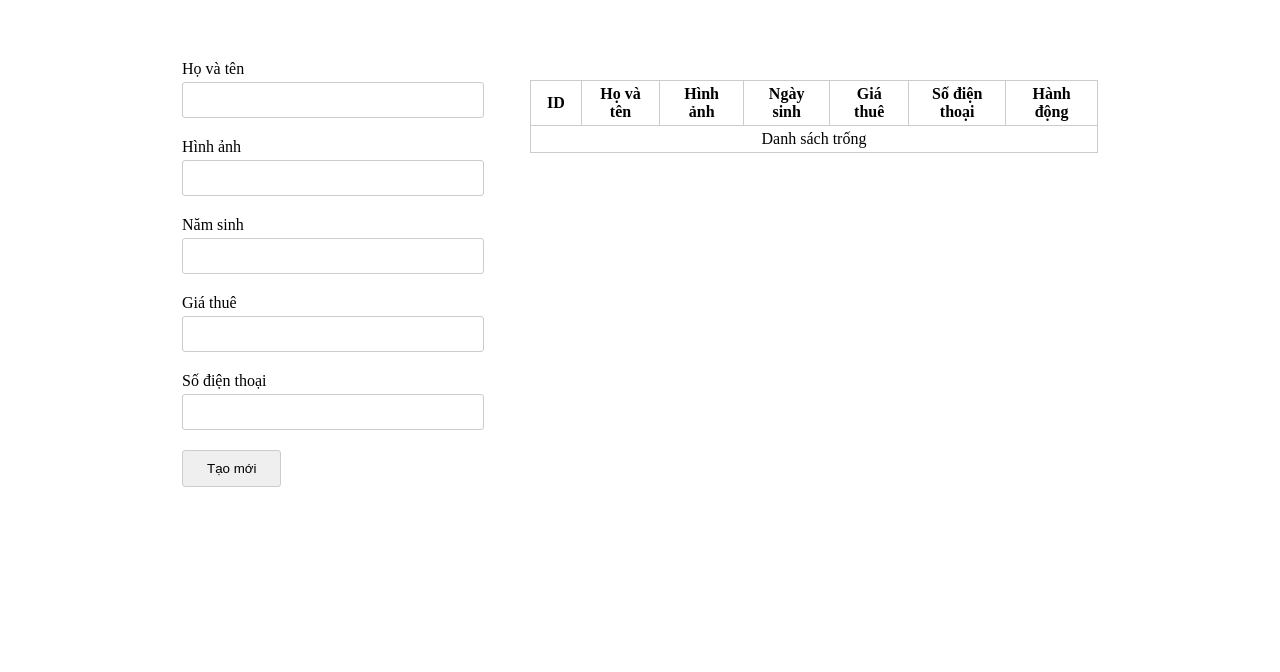
Repository: AnhTuan191298/sent-file-hoang
Page: js_kol-check/index.html
The author's editor kept a copy of each file at every save. The page is drawn from the files as they stood at one save, then again after the next save.
The browser window is 1280 px wide. The pictures show the whole page.

Above is the page before, as saved 2021-02-04 23:44:05.
Console error: TypeError: Cannot set properties of null (setting 'onclick')

### js_kol-check/index.html
<!DOCTYPE html>
<html lang="en">
<head>
    <meta charset="UTF-8">
    <meta name="viewport" content="width=device-width, initial-scale=1.0">
    <link rel="stylesheet" href="https://stackpath.bootstrapcdn.com/font-awesome/4.7.0/css/font-awesome.min.css"/>
    <title>Kols Done</title>
    <style>
        .app {
            width: 980px;
            margin: 0 auto;
            display: flex;
        }
        .pd10 {
            padding: 10px;
        }
        .mb10 {
            margin-bottom: 10px;
        }
        #form {
            flex: 2;
            padding: 32px;
        }
        #list {
            flex: 4;
            padding: 32px;
            margin-top: 40px;
        }
        table {
            border-collapse: collapse;
        }
        table th, table td {
            border: 1px solid #ccc;
            padding: 4px 16px;
        }
        .form-group {
            margin-top: 20px;
        }
        .form-group label {
            display: block;
            margin-bottom: 4px;
        }
        .form-group input {
            display: block;
            width: 100%;
            height: 34px;
            border-radius: 3px;
            border: 1px solid #ccc;
            outline: none;
            padding: 0 8px;
        }
        .avatar {
            width: 60px;
            height: 60px;
            border-radius: 50%;
        }
        .submit-btn {
            padding: 10px 24px;
            border-radius: 3px;
            border: 1px solid #ccc;
        }
        .alert-update,
        .alert-delete {
            width: 240px;
            background-color: #fff;
            min-height: 130px;
            display: none;
            flex-direction: column;
            align-items: center;
            justify-content: center;
            padding: 20px;
            border-radius: 5px;
            box-shadow: 1px 2px 24px #aaaaaa;
            position: fixed;
            top: 50px;
            right: 5px;
            animation: rightToLeft ease 0.5s, fadeOut linear 1s 3s forwards;
        }
        .alert-update.active,
        .alert-delete.active {
            display: flex;
        }
        .alert-update__circle,
        .alert-delete__circle {
            height: 50px;
            width: 50px;
            border: 6px solid #33cc70;
            border-radius: 50%;
            display: flex;
            justify-content: center;
            align-items: center;
            margin-bottom: 10px;
        }
        .alert-update__circle i,
        .alert-delete__circle i {
            font-size: 20px;
            color: #33cc70;
        }
        .alert-update__content h3,
        .alert-delete__content h3 {
            font-size: 18px;
            color: #33cc70;
            text-align: center;
        }
        .text-center {
            text-align: center;
        }
        .overlay,
        .overlay_del{
            position: fixed;
            top: 0;
            left: 0;
            width: 100%;
            height: 100vh;
            background-color: rgba(0, 0, 0, 0.4);
            display: none;
            justify-content: center;
            align-items: center;
            animation: fadeIn ease 0.2s;
        }
        .overlay.active, .overlay_del.active {
            display: flex;
        }
        .modal_edit,
        .modal_del {
            background-color: #fff;
            width: 40%;
            min-height: 50%;
            border-radius: 5px;
            padding: 40px;
            position: relative;
            animation: growth ease 0.2s;
        }
        .modal_edit.active {
            display: block;
        }
        .modal_edit form button {
            color: #000;
            border: 1px solid rgba(0, 0, 0, 0.4);
        }
        .modal_close {
            position: absolute;
            top: 8px;
            right: 13px;
            font-size: 28px;
            cursor: pointer;
        }
        .modal_del {
            width: 20%;
            min-height: 25%;
            display: flex;
            flex-direction: column;
            align-items: center;
        }
        .modal_del .modal_del__btn {
            text-decoration: none;
            padding: 10px 20px;
            font-size: 20px;
            color: #fff;
            background-color: #d4133a;
            margin-top: 30px;
            border-radius: 5px;
        }
        /* Animation */
        @keyframes fadeIn {
            0% {
                opacity: 0;
            }
            100% {
                opacity: 1;
            }
        }
        @keyframes growth {
            0% {
                transform: scale(0.5);
            }
            100% {
                transform: scale(1);
            }
        }
        @keyframes rightToLeft {
            0% {
                opacity: 0;
                transform: translateX(105%);
            }
            100% {
                opacity: 1;
                transform: translateX(0%);
            }
        }
        @keyframes fadeOut {
            to {
                opacity: 0;
            }
        }
    </style>
</head>
<body>
    <div class="app">
        <form action="" id="form">
            <div class="form-group">
                <label for="fullname">Họ và tên</label>
                <input id="fullname" type="text" name="fullname" class="form-control">
            </div>
            <div class="form-group">
                <label for="image">Hình ảnh</label>
                <input id="image" type="text" name="image" class="form-control">
            </div>
            <div class="form-group">
                <label for="birth">Năm sinh</label>
                <input id="birth" type="text" name="birth" class="form-control">
            </div>
            <div class="form-group">
                <label for="price">Giá thuê</label>
                <input id="price" type="text" name="price" class="form-control">
            </div>
            <div class="form-group">
                <label for="phone">Số điện thoại</label>
                <input id="phone" type="text" name="phone" class="form-control">
            </div>
            <div class="form-group">
                <button class="submit-btn">Tạo mới</button>
            </div>
        </form>
        <!-- List -->
        <div id="list">
            <table id="#">
                <thead>
                    <tr>
                        <th>ID</th>
                        <th>Họ và tên</th>
                        <th>Hình ảnh</th>
                        <th>Ngày sinh</th>
                        <th>Giá thuê</th>
                        <th>Số điện thoại</th>
                        <th>Hành động</th>
                    </tr>
                </thead>
                <tbody id="kol-list">
                    <!-- <tr>
                        <td>1</td>
                        <td>Nguyễn Công Trứ</td>
                        <td>
                            <img class="avatar" src="https://64.media.tumblr.com/d1b06afb69cf8b615690ff734129e902/f04605d2cb559bfc-d8/s1280x1920/f91d82446d71c5ee9ace99af4936adcd5549d93f.jpg" alt="">
                        </td>
                        <td>02/02/2000</td>
                        <td>1.000.000đ</td>
                        <td>0987363736</td>
                    </tr> -->
                </tbody>
            </table>
        </div>
        <!-- Alert -->
        <div class="alert-update">
            <div class="alert-update__circle">
                <i class="fa fa-check" aria-hidden="true"></i>
            </div>
            <div class="alert-update__content">
                <h3>Đã sửa thành công</h3>
            </div>
        </div>
        <div class="overlay_del">
            <div class="modal_del">
                <h3>Bạn có thức sự muốn xóa?</h3>
                <a class="modal_del__btn" href="#">Xóa</a>
                <i class="modal_close fa fa-times-circle-o" aria-hidden="true"></i>
            </div>
        </div>
    </div>
    <script src="./assets/js/main.js"></script>
</body>
</html>

### js_kol-check/assets/js/main.js
const $ = document.querySelector.bind(document)
        const $$ = document.querySelectorAll.bind(document)
        const KOL_STORAGE_KEY = 'kols'
        const kolApp = {
            kols: JSON.parse(localStorage.getItem(KOL_STORAGE_KEY)) || [],
            add: function(kol) {
                this.kols.push(kol)
            },
            update: function(index, kol) {
                this.kols[index] = kol
            },
            delete: function(index) {
                this.kols.splice(index, 1)
            },
            save: function() {
                localStorage.setItem(KOL_STORAGE_KEY, JSON.stringify(this.kols))
            },
            render: function() {
                // if (!this.kols.length) {
                //     return $('#kol-list').innerHTML = `
                //         <tr>
                //             <td style="text-align: center" colspan="6">Danh sách trống</td>
                //         </tr>
                //     `
                // }
                const htmls = this.kols.map(function (kol, index) {
                    return `
                        <tr>
                            <td>${index + 1}</td>
                            <td>${kol.fullname}</td>
                            <td>
                                <img class="avatar" src="${kol.image}" alt="">
                            </td>
                            <td>${kol.birth}</td>
                            <td>${kol.price}đ</td>
                            <td>${kol.phone}</td>
                            <td>
                                <a class="delete-kol" data-index="${index}" href="#">Xóa</a>
                            </td>
                        </tr>
                    `
                })
                if (htmls.length > 0) {
                    $('#kol-list').innerHTML = htmls.join('')
                } else {
                    $('#kol-list').innerHTML = `
                        <tr>
                            <td style="text-align: center" colspan="7">Danh sách trống</td>
                        </tr>
                    `
                }
            },
            start: function() {
                this.render()
                const modal = $('.modal')
                const modalCancel = $('.modal__btn--cancel')
                const modalOk = $('.modal__btn--ok')
                const form = $('#form')
                const kolWrap = $('#kol-wrap')
                const fullname = $('#fullname')
                const image = $('#image')
                const birth = $('#birth')
                const price = $('#price')
                const phone = $('#phone')
                let tmpIndex
                modalCancel.onclick = function() {
                    modal.classList.remove('show')
                }
                modalOk.onclick = function() {
                    kolApp.delete(tmpIndex)
                    kolApp.save()
                    kolApp.render()
                    modal.classList.remove('show')
                }
                kolWrap.onclick = function(e) {
                    const isClickedDelete = e.target.matches('.delete-kol')
                    if (isClickedDelete) {
                        // const index = e.target.getAttribute('data-index')
                        const index = e.target.dataset.index
                        tmpIndex = index
                        // Show modal confirm
                        modal.classList.add('show')
                    }
                }
                // On form submit
                form.onsubmit = function (e) {
                    e.preventDefault()
                    const kol = {
                        fullname: fullname.value,
                        image: image.value,
                        birth: birth.value,
                        price: price.value,
                        phone: phone.value,
                    }
                    kolApp.add(kol)
                    kolApp.save()
                    kolApp.render()
                    // Reset form
                    e.target.reset()
                }
            }
        }
        kolApp.start()

After the next save:
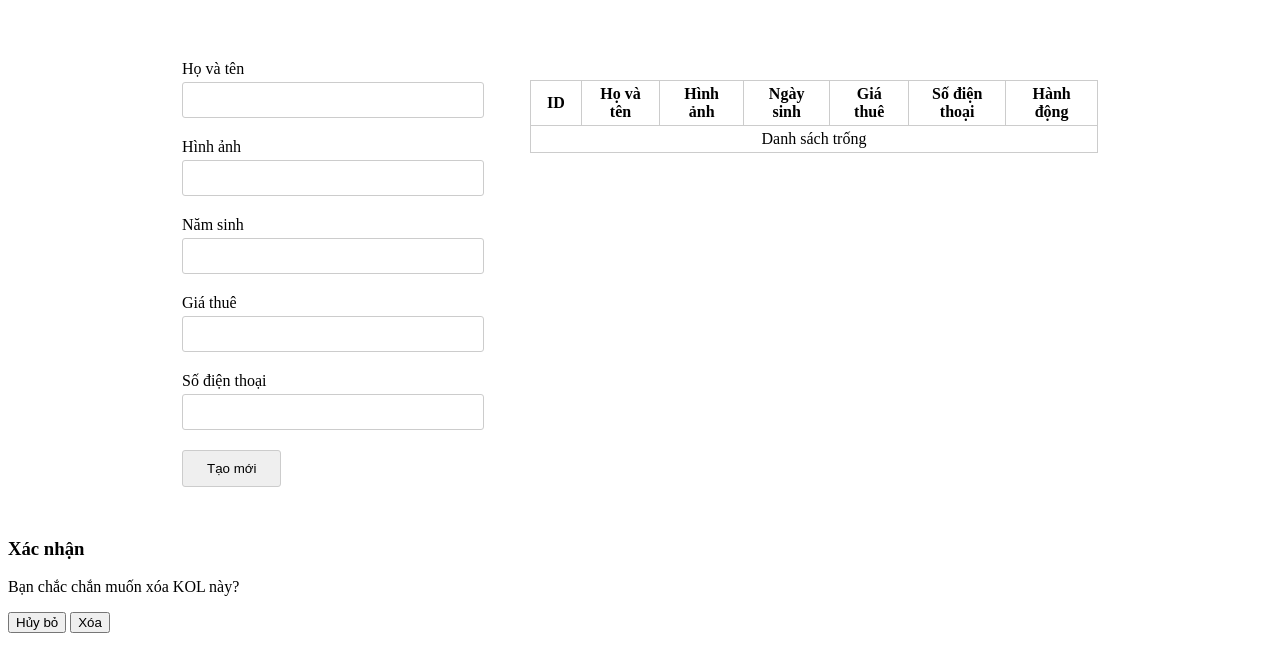
The error is gone.
Saved 2 min 32 s later.
--- a/js_kol-check/index.html
+++ b/js_kol-check/index.html
@@ -224,7 +224,7 @@
         </form>
         <!-- List -->
         <div id="list">
-            <table id="#">
+            <table id="kol-wrap">
                 <thead>
                     <tr>
                         <th>ID</th>
@@ -237,33 +237,19 @@
                     </tr>
                 </thead>
                 <tbody id="kol-list">
-                    <!-- <tr>
-                        <td>1</td>
-                        <td>Nguyễn Công Trứ</td>
-                        <td>
-                            <img class="avatar" src="https://64.media.tumblr.com/d1b06afb69cf8b615690ff734129e902/f04605d2cb559bfc-d8/s1280x1920/f91d82446d71c5ee9ace99af4936adcd5549d93f.jpg" alt="">
-                        </td>
-                        <td>02/02/2000</td>
-                        <td>1.000.000đ</td>
-                        <td>0987363736</td>
-                    </tr> -->
                 </tbody>
             </table>
         </div>
-        <!-- Alert -->
-        <div class="alert-update">
-            <div class="alert-update__circle">
-                <i class="fa fa-check" aria-hidden="true"></i>
-            </div>
-            <div class="alert-update__content">
-                <h3>Đã sửa thành công</h3>
-            </div>
-        </div>
-        <div class="overlay_del">
-            <div class="modal_del">
-                <h3>Bạn có thức sự muốn xóa?</h3>
-                <a class="modal_del__btn" href="#">Xóa</a>
-                <i class="modal_close fa fa-times-circle-o" aria-hidden="true"></i>
+    </div>
+    <!-- Modal -->
+    <div class="modal">
+        <div class="overlay"></div>
+        <div class="modal__body">
+            <h3>Xác nhận</h3>
+            <p>Bạn chắc chắn muốn xóa KOL này?</p>
+            <div class="modal__btn">
+                <button class="modal__btn--cancel">Hủy bỏ</button>
+                <button class="modal__btn--ok">Xóa</button>
             </div>
         </div>
     </div>
